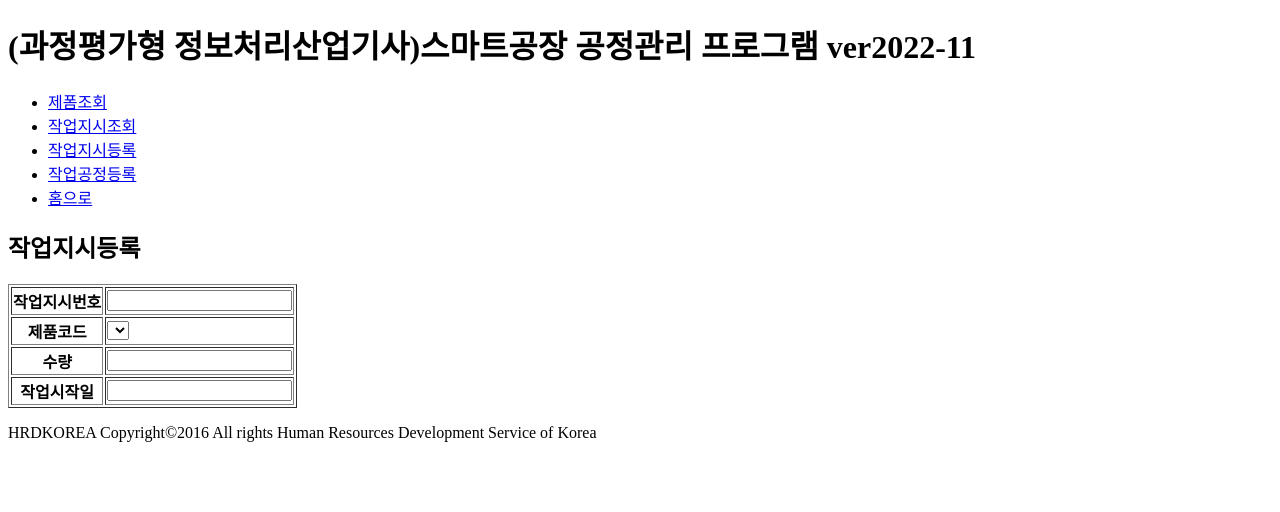
Repository: anakyn01/exam
Page: http://localhost/smart_5/sub2_1.jsp
The author's editor kept a copy of each file at every save. The page is drawn from the files as they stood at one save, then again after the next save.
The browser window is 1280 px wide. The pictures show the whole page.
The page is served by Tomcat 9.

Above is the page before, as saved 2025-01-06 07:21:13.

After the next save:
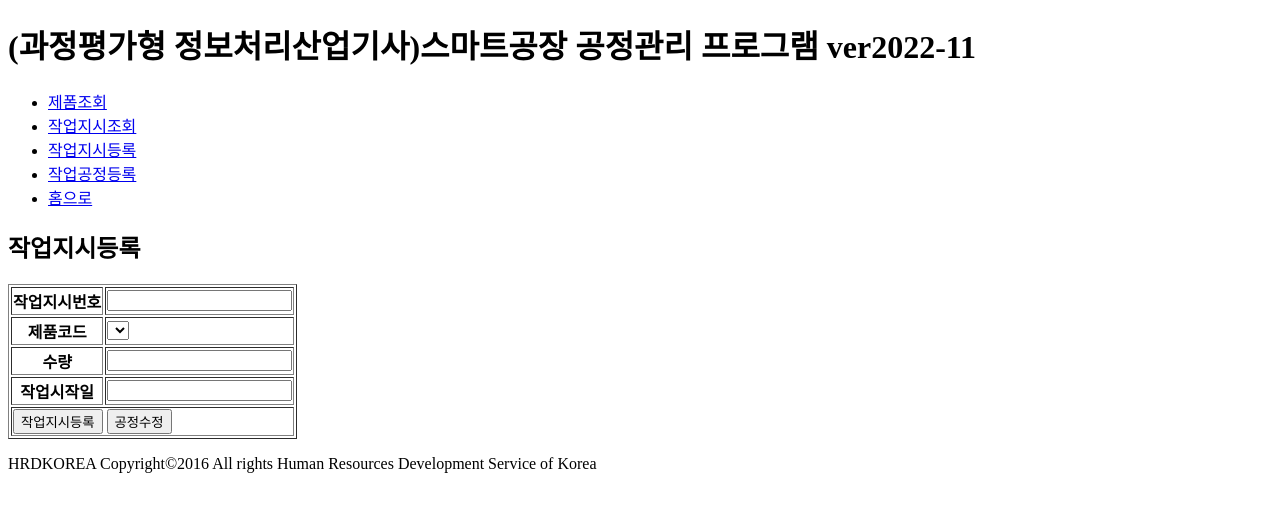
Saved 51 s later.
--- a/smart_5/src/main/webapp/sub2_1.jsp
+++ b/smart_5/src/main/webapp/sub2_1.jsp
@@ -31,6 +31,12 @@
 		<input type="text" name="w_workdate">
 	</td>
 </tr>
+	<tr>
+<td colspan="2">
+<input type="button" onclick="goSave()" value="작업지시등록">
+<input type="button" onclick="FormReset()" value="공정수정">
+</td>
+	</tr>
 </table>
 </section>
 
